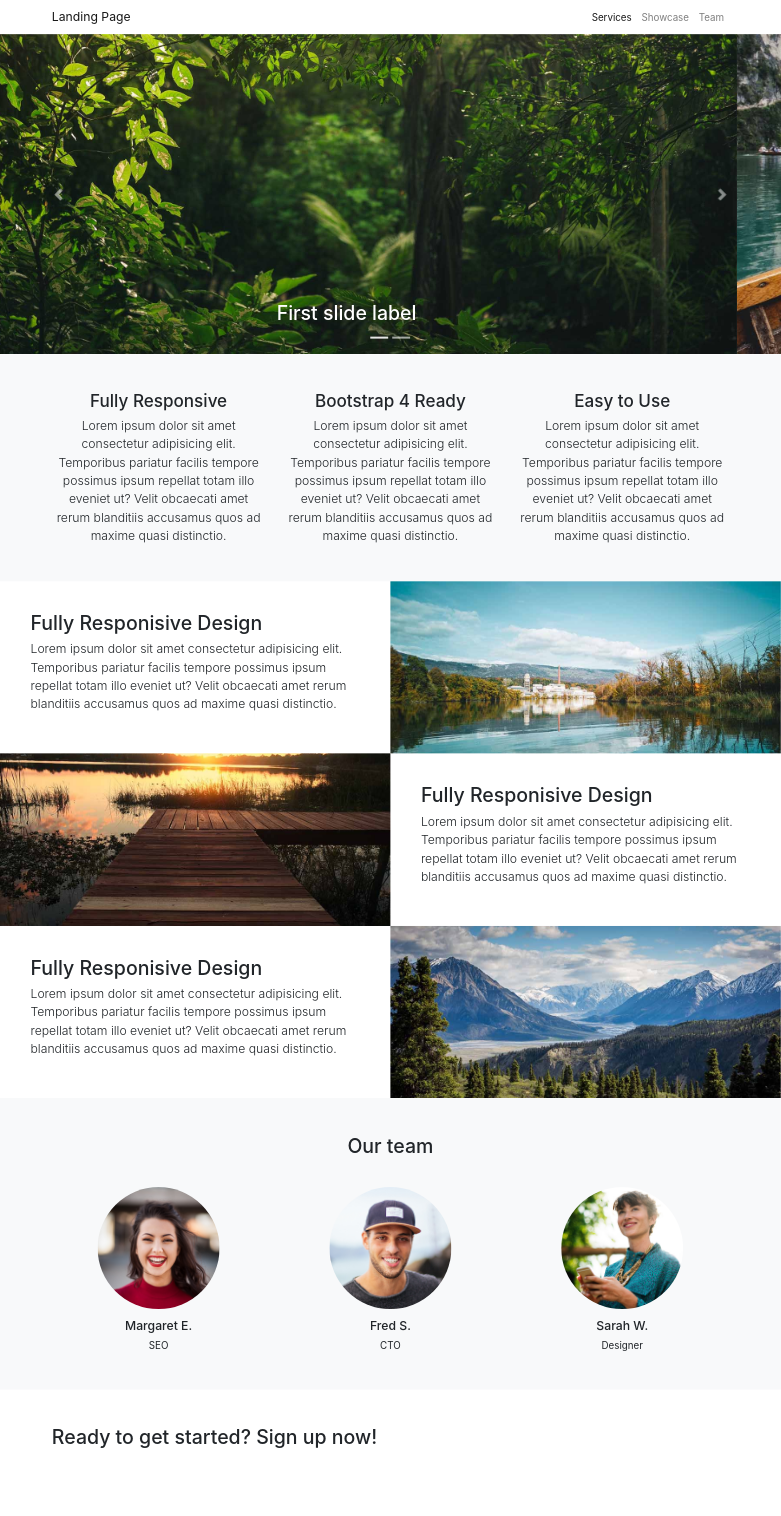
Repository: magdaf41/Bootstrap
Page: zadanie 3/index.html
The author's editor kept a copy of each file at every save. The page is drawn from the files as they stood at one save, then again after the next save.
The browser window is 1280 px wide. The pictures show the whole page, at 61% of full size.

Above is the page before, as saved 2020-09-18 09:17:19.

After the next save:
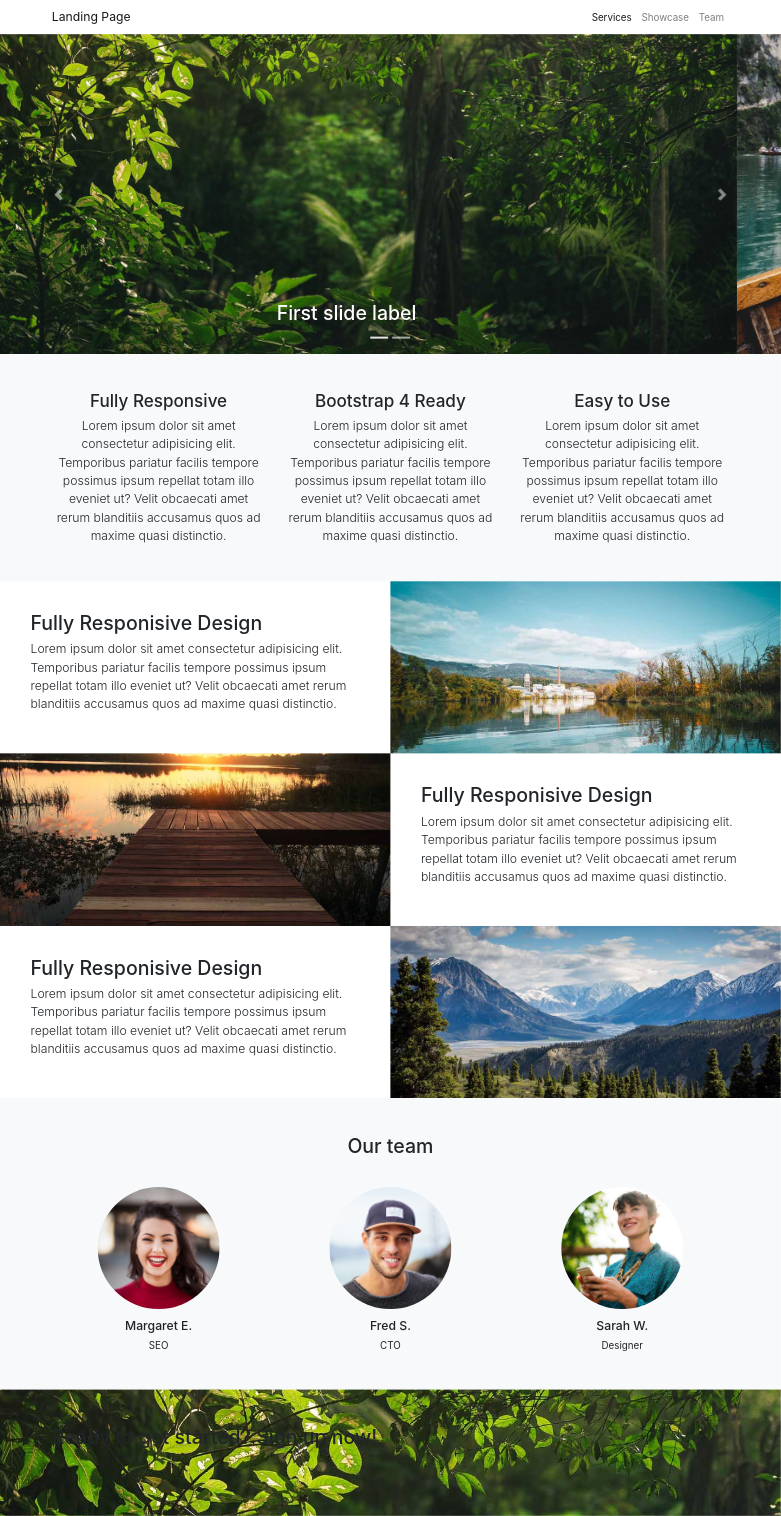
Saved 75 s later.
--- a/zadanie 3/css/style.css
+++ b/zadanie 3/css/style.css
@@ -19,6 +19,10 @@
     max-width: 200px;
 }
 
+.call-to-action {
+    background-image: url(../img/slider-1.jpg);
+}
+
 @media(max-width: 768px) {
     .service-item, .team-item {
         margin-bottom: 50px;
